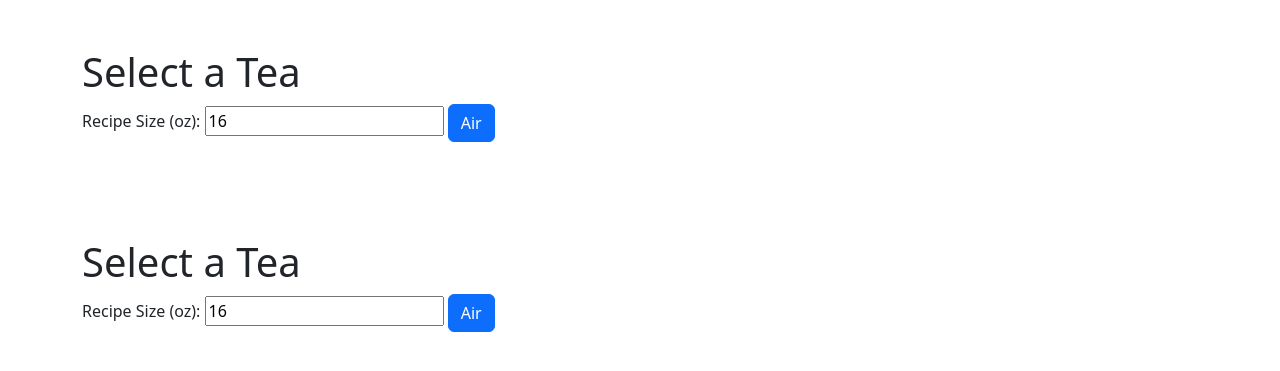
Repository: ChaidGPT/CKBatchHelper
Page: index.html
These files come from the project's save history. The page is drawn as it stood at one moment and after the next save; the edit follows.
The browser window is 1280 px wide. The pictures show the whole page.

Above is the page before, as saved 2023-06-27 11:30:26.

After the next save:
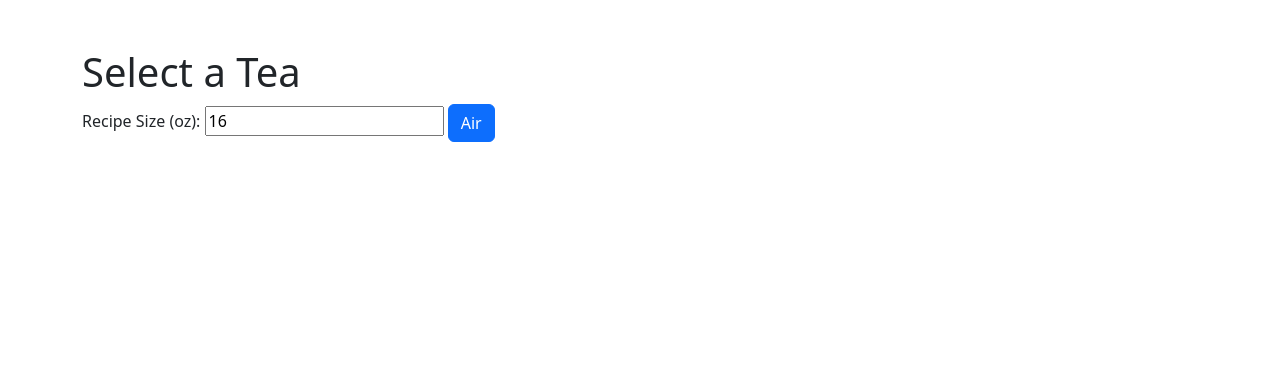
Saved 14 s later.
--- a/index.html
+++ b/index.html
@@ -96,101 +96,3 @@
 </body>
 
 </html>
-<!DOCTYPE html>
-<html lang="en">
-
-<head>
-  <meta charset="UTF-8">
-  <meta name="viewport" content="width=device-width, initial-scale=1.0">
-  <title>Your One-Page Website</title>
-  <!-- Bootstrap CSS -->
-  <link href="https://cdn.jsdelivr.net/npm/bootstrap@5.3.0/dist/css/bootstrap.min.css" rel="stylesheet"
-    integrity="sha384-9ndCyUaIbzAi2FUVXJi0CjmCapSmO7SnpJef0486qhLnuZ2cdeRhO02iuK6FUUVM" crossorigin="anonymous">
-</head>
-
-<body>
-  <!-- Main content -->
-  <main>
-    <section id="section1" class="py-5">
-      <div class="container">
-        <h1>Select a Tea</h1>
-        <label for="recipeSize">Recipe Size (oz):</label>
-        <input type="number" id="recipeSize" min="1" value="16" step="1">
-
-        <!-- Tea 1 - Air -->
-        <button class="btn btn-primary" type="button" data-bs-toggle="collapse" data-bs-target="#airCollapse"
-          aria-expanded="false" aria-controls="airCollapse">
-          Air
-        </button>
-        <div class="collapse mt-3" id="airCollapse">
-          <div class="card card-body">
-            <table class="table">
-              <thead>
-                <tr>
-                  <th>Ingredient</th>
-                  <th>Quantity (oz)</th>
-                </tr>
-              </thead>
-              <tbody>
-                <tr>
-                  <td>Dandelion Leaf</td>
-                  <td class="ingredientQty" data-ingredient="dandelionLeaf" data-base-quantity="4">4</td>
-                </tr>
-                <tr>
-                  <td>Borage</td>
-                  <td class="ingredientQty" data-ingredient="borage" data-base-quantity="3">3</td>
-                </tr>
-                <tr>
-                  <td>Peppermint Leaf</td>
-                  <td class="ingredientQty" data-ingredient="peppermintLeaf" data-base-quantity="3">3</td>
-                </tr>
-                <tr>
-                  <td>Lavender</td>
-                  <td class="ingredientQty" data-ingredient="lavender" data-base-quantity="1">1</td>
-                </tr>
-                <tr>
-                  <td>Lemongrass</td>
-                  <td class="ingredientQty" data-ingredient="lemongrass" data-base-quantity="3">3</td>
-                </tr>
-                <tr>
-                  <td>Honeysuckle</td>
-                  <td class="ingredientQty" data-ingredient="honeysuckle" data-base-quantity="2">2</td>
-                </tr>
-              </tbody>
-            </table>
-          </div>
-        </div>
-      </div>
-    </section>
-  </main>
-
-  <!-- Bootstrap JS -->
-  <script src="https://cdn.jsdelivr.net/npm/bootstrap@5.3.0/dist/js/bootstrap.bundle.min.js"
-    integrity="sha384-geWF76RCwLtnZ8qwWowPQNguL3RmwHVBC9FhGdlKrxdiJJigb/j/68SIy3Te4Bkz" crossorigin="anonymous"></script>
-
-  <script>
-    document.addEventListener('DOMContentLoaded', function () {
-      const recipeSizeInput = document.getElementById('recipeSize');
-      const ingredientQtyElements = document.getElementsByClassName('ingredientQty');
-
-      function updateIngredientQuantities() {
-        const size = parseFloat(recipeSizeInput.value);
-        if (!isNaN(size) && size > 0) {
-          for (const element of ingredientQtyElements) {
-            const baseQuantity = parseFloat(element.dataset.baseQuantity);
-            if (!isNaN(baseQuantity) && baseQuantity > 0) {
-              element.textContent = (baseQuantity * size / 16).toFixed(2);
-            }
-          }
-        }
-      }
-
-      recipeSizeInput.addEventListener('input', updateIngredientQuantities);
-
-      // Initial calculation on page load
-      updateIngredientQuantities();
-    });
-  </script>
-</body>
-
-</html>
